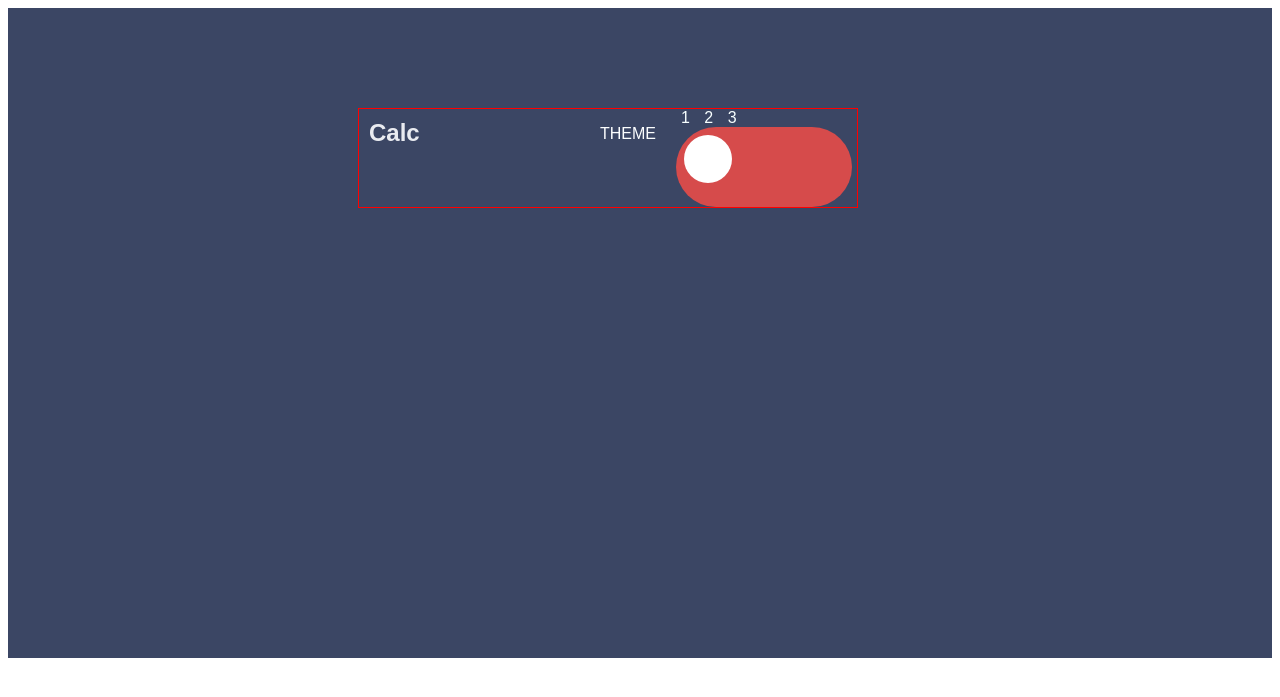
Repository: Bakyproit/Calcutor
Page: SimpleCalculatorApp.html
The author's editor kept a copy of each file at every save. The page is drawn from the files as they stood at one save, then again after the next save.
The browser window is 1280 px wide. The pictures show the whole page.

Above is the page before, as saved 2022-02-09 15:41:50.

### SimpleCalculatorApp.html
<!DOCTYPE html>
<html lang="en">
<head>
    <meta charset="UTF-8">
    <meta http-equiv="X-UA-Compatible" content="IE=edge">
    <meta name="viewport" content="width=device-width, initial-scale=1.0">
    <title>SimpleCalculatorApp</title>
    <link rel="stylesheet" href="asset/App.css">
    <link rel="stylesheet" href="asset/grid.css">
</head>
<body>
    <div class="container">
        <div class="app">
            <div class="app__title">
                <h1 class="app__title-name">Calc</h1>
                <div class="app__title-theme">
                    <p class="app__title-theme-name">THEME</p>
                    <div class="app__title-theme-box">
                        <div class="app__title-theme-box-number">
                            <span class="app__title-theme-box-number-1">1</span>
                            <span class="app__title-theme-box-number-2">2</span>
                            <span class="app__title-theme-box-number-3">3</span>
                        </div>
                        <div class="app__title-theme-box-toggle">
                            <label for="toggle-input" class="toggle">
                                <input type="checkbox" id="toggle-input" class="toggle__checkbox">
                                <div class="toggle__bar">
                                    <div class="toggle__spin"></div>
                                </div>
                            </label>
                        </div>
                    </div>
                </div>
            </div>
        </div>
    </div>
</body>
</html>

### asset/App.css
html{
    font-family:Arial, Helvetica, sans-serif ;
    box-sizing: border-box;
    padding: 0 ;
    margin: 0;
}
h1{
    margin: 0;
}

.container{
    height: 650px;
    width: 100%;
    background-color: #3b4664;
    position: relative;
}
.app{
    width: 500px;
    position:absolute ;
    top:100px ;
    left:350px;

}
.app__title{
    border:1px solid red ;
    display: flex;
    justify-content:space-between;

}
.app__title-name{
    color : #e9ebf0 ;
    font-size: 24px;
    padding: 10px;
}
.app__title-theme{
    display: flex;
}
.app__title-theme-name{
    color :20px ;
    color:#fcfeff ;
    margin-right: 20px;
}
.app__title-theme-box{
    display: flex;
    flex-direction: column;
    padding-right: 5px;
}
.app__title-theme-box-number{
    color : #f8ffff ;
}
.app__title-theme-box-number-1{
    padding: 0 5px;
}
.app__title-theme-box-number-2{
    padding: 0 5px;

}
.app__title-theme-box-number-3{
    padding: 0 5px;

}
.app__title-theme-box-toggle{

}
.toggle__checkbox{
    display: none;
}
.toggle__bar{
    width: 10rem;
    height: 4rem;
    background-color: rgb(214, 75, 75);
    border-radius: 5rem;
    /* transition: background-color 4s linear; */
    padding: 8px;
}
.toggle__spin{
    width: 3rem;
    height: 3rem;
    background-color: white ;
    border-radius: 3rem;
    transition: transform .3s linear;
}
.toggle__checkbox:checked ~ .toggle__bar{
    background-color: orange;
}
.toggle__checkbox:checked + .toggle__bar .toggle__spin {
    transform: translateX(6rem);
}

### asset/grid.css
.grid {
    width: 100%;
    display: block;
    padding: 0;

}

.grid.wide {
    max-width: 1200px;
    margin: 0 auto;
}

.row {
    display: flex;
    flex-wrap: wrap;
    margin-left: -4px;
    margin-right: -4px;
}

.row.no-gutters {
    margin-left: 0;
    margin-right: 0;
}

.col {
    padding-left: 4px;
    padding-right: 4px;
}

.row.no-gutters .col {
    padding-left: 0;
    padding-right: 0;
}

.c-0 {
    display: none;
}

.c-1 {
    flex: 0 0 8.33333%;
    max-width: 8.33333%;
}

.c-2 {
    flex: 0 0 16.66667%;
    max-width: 16.66667%;
}

.c-3 {
    flex: 0 0 25%;
    max-width: 25%;
}

.c-4 {
    flex: 0 0 33.33333%;
    max-width: 33.33333%;
}

.c-5 {
    flex: 0 0 41.66667%;
    max-width: 41.66667%;
}

.c-6 {
    flex: 0 0 50%;
    max-width: 50%;
}

.c-7 {
    flex: 0 0 58.33333%;
    max-width: 58.33333%;
}

.c-8 {
    flex: 0 0 66.66667%;
    max-width: 66.66667%;
}

.c-9 {
    flex: 0 0 75%;
    max-width: 75%;
}

.c-10 {
    flex: 0 0 83.33333%;
    max-width: 83.33333%;
}

.c-11 {
    flex: 0 0 91.66667%;
    max-width: 91.66667%;
}

.c-12 {
    flex: 0 0 100%;
    max-width: 100%;
}

.c-o-1 {
    margin-left: 8.33333%;
}

.c-o-2 {
    margin-left: 16.66667%;
}

.c-o-3 {
    margin-left: 25%;
}

.c-o-4 {
    margin-left: 33.33333%;
}

.c-o-5 {
    margin-left: 41.66667%;
}

.c-o-6 {
    margin-left: 50%;
}

.c-o-7 {
    margin-left: 58.33333%;
}

.c-o-8 {
    margin-left: 66.66667%;
}

.c-o-9 {
    margin-left: 75%;
}

.c-o-10 {
    margin-left: 83.33333%;
}

.c-o-11 {
    margin-left: 91.66667%;
}

/* >= Tablet */
@media (min-width: 740px) {
    .row {
        margin-left: -8px;
        margin-right: -8px;
    }

    .col {
        padding-left: 8px;
        padding-right: 8px;
    }

    .m-0 {
        display: none;
    }

    .m-1,
    .m-2,
    .m-3,
    .m-4,
    .m-5,
    .m-6,
    .m-7,
    .m-8,
    .m-9,
    .m-10,
    .m-11,
    .m-12 {
        display: block;
    }

    .m-1 {
        flex: 0 0 8.33333%;
        max-width: 8.33333%;
    }

    .m-2 {
        flex: 0 0 16.66667%;
        max-width: 16.66667%;
    }

    .m-3 {
        flex: 0 0 25%;
        max-width: 25%;
    }

    .m-4 {
        flex: 0 0 33.33333%;
        max-width: 33.33333%;
    }

    .m-5 {
        flex: 0 0 41.66667%;
        max-width: 41.66667%;
    }

    .m-6 {
        flex: 0 0 50%;
        max-width: 50%;
    }

    .m-7 {
        flex: 0 0 58.33333%;
        max-width: 58.33333%;
    }

    .m-8 {
        flex: 0 0 66.66667%;
        max-width: 66.66667%;
    }

    .m-9 {
        flex: 0 0 75%;
        max-width: 75%;
    }

    .m-10 {
        flex: 0 0 83.33333%;
        max-width: 83.33333%;
    }

    .m-11 {
        flex: 0 0 91.66667%;
        max-width: 91.66667%;
    }

    .m-12 {
        flex: 0 0 100%;
        max-width: 100%;
    }

    .m-o-1 {
        margin-left: 8.33333%;
    }

    .m-o-2 {
        margin-left: 16.66667%;
    }

    .m-o-3 {
        margin-left: 25%;
    }

    .m-o-4 {
        margin-left: 33.33333%;
    }

    .m-o-5 {
        margin-left: 41.66667%;
    }

    .m-o-6 {
        margin-left: 50%;
    }

    .m-o-7 {
        margin-left: 58.33333%;
    }

    .m-o-8 {
        margin-left: 66.66667%;
    }

    .m-o-9 {
        margin-left: 75%;
    }

    .m-o-10 {
        margin-left: 83.33333%;
    }

    .m-o-11 {
        margin-left: 91.66667%;
    }
}

/* PC medium resolution > */
@media (min-width: 1113px) {
    .row {
        margin-left: -6px;
        margin-right: -6px;
    }

    .row.sm-gutter {
        margin-left: -5px;
        margin-right: -5px;
    }

    .col {
        padding-left: 6px;
        padding-right: 6px;
    }

    .row.sm-gutter .col {
        padding-left: 5px;
        padding-right: 5px;
    }

    .l-0 {
        display: none;
    }

    .l-1,
    .l-2,
    .l-2-4,
    .l-3,
    .l-4,
    .l-5,
    .l-6,
    .l-7,
    .l-8,
    .l-9,
    .l-10,
    .l-11,
    .l-12 {
        display: block;
    }

    .l-1 {
        flex: 0 0 8.33333%;
        max-width: 8.33333%;
    }

    .l-2 {
        flex: 0 0 16.66667%;
        max-width: 16.66667%;
    }

    .l-2-4 {
        flex: 0 0 20%;
        max-width: 20%;
    }

    .l-3 {
        flex: 0 0 25%;
        max-width: 25%;
    }

    .l-4 {
        flex: 0 0 33.33333%;
        max-width: 33.33333%;
    }

    .l-5 {
        flex: 0 0 41.66667%;
        max-width: 41.66667%;
    }

    .l-6 {
        flex: 0 0 50%;
        max-width: 50%;
    }

    .l-7 {
        flex: 0 0 58.33333%;
        max-width: 58.33333%;
    }

    .l-8 {
        flex: 0 0 66.66667%;
        max-width: 66.66667%;
    }

    .l-9 {
        flex: 0 0 75%;
        max-width: 75%;
    }

    .l-10 {
        flex: 0 0 83.33333%;
        max-width: 83.33333%;
    }

    .l-11 {
        flex: 0 0 91.66667%;
        max-width: 91.66667%;
    }

    .l-12 {
        flex: 0 0 100%;
        max-width: 100%;
    }

    .l-o-1 {
        margin-left: 8.33333%;
    }

    .l-o-2 {
        margin-left: 16.66667%;
    }

    .l-o-3 {
        margin-left: 25%;
    }

    .l-o-4 {
        margin-left: 33.33333%;
    }

    .l-o-5 {
        margin-left: 41.66667%;
    }

    .l-o-6 {
        margin-left: 50%;
    }

    .l-o-7 {
        margin-left: 58.33333%;
    }

    .l-o-8 {
        margin-left: 66.66667%;
    }

    .l-o-9 {
        margin-left: 75%;
    }

    .l-o-10 {
        margin-left: 83.33333%;
    }

    .l-o-11 {
        margin-left: 91.66667%;
    }
}

/* Tablet - PC low resolution */
@media (min-width: 740px) and (max-width: 1023px) {
    .wide {
        width: 644px;
    }
}

/* > PC low resolution */
@media (min-width: 1024px) and (max-width: 1239px) {
    .wide {
        width: 984px;
    }

    .wide .row {
        margin-left: -12px;
        margin-right: -12px;
    }

    .wide .row.sm-gutter {
        margin-left: -5px;
        margin-right: -5px;
    }

    .wide .col {
        padding-left: 12px;
        padding-right: 12px;
    }

    .wide .row.sm-gutter .col {
        padding-left: 5px;
        padding-right: 5px;
    }

    .wide .l-0 {
        display: none;
    }

    .wide .l-1,
    .wide .l-2,
    .wide .l-2-4,
    .wide .l-3,
    .wide .l-4,
    .wide .l-5,
    .wide .l-6,
    .wide .l-7,
    .wide .l-8,
    .wide .l-9,
    .wide .l-10,
    .wide .l-11,
    .wide .l-12 {
        display: block;
    }

    .wide .l-1 {
        flex: 0 0 8.33333%;
        max-width: 8.33333%;
    }

    .wide .l-2 {
        flex: 0 0 16.66667%;
        max-width: 16.66667%;
    }

    .wide .l-2-4 {
        flex: 0 0 20%;
        max-width: 20%;
    }

    .wide .l-3 {
        flex: 0 0 25%;
        max-width: 25%;
    }

    .wide .l-4 {
        flex: 0 0 33.33333%;
        max-width: 33.33333%;
    }

    .wide .l-5 {
        flex: 0 0 41.66667%;
        max-width: 41.66667%;
    }

    .wide .l-6 {
        flex: 0 0 50%;
        max-width: 50%;
    }

    .wide .l-7 {
        flex: 0 0 58.33333%;
        max-width: 58.33333%;
    }

    .wide .l-8 {
        flex: 0 0 66.66667%;
        max-width: 66.66667%;
    }

    .wide .l-9 {
        flex: 0 0 75%;
        max-width: 75%;
    }

    .wide .l-10 {
        flex: 0 0 83.33333%;
        max-width: 83.33333%;
    }

    .wide .l-11 {
        flex: 0 0 91.66667%;
        max-width: 91.66667%;
    }

    .wide .l-12 {
        flex: 0 0 100%;
        max-width: 100%;
    }

    .wide .l-o-1 {
        margin-left: 8.33333%;
    }

    .wide .l-o-2 {
        margin-left: 16.66667%;
    }

    .wide .l-o-3 {
        margin-left: 25%;
    }

    .wide .l-o-4 {
        margin-left: 33.33333%;
    }

    .wide .l-o-5 {
        margin-left: 41.66667%;
    }

    .wide .l-o-6 {
        margin-left: 50%;
    }

    .wide .l-o-7 {
        margin-left: 58.33333%;
    }

    .wide .l-o-8 {
        margin-left: 66.66667%;
    }

    .wide .l-o-9 {
        margin-left: 75%;
    }

    .wide .l-o-10 {
        margin-left: 83.33333%;
    }

    .wide .l-o-11 {
        margin-left: 91.66667%;
    }
}

After the next save:
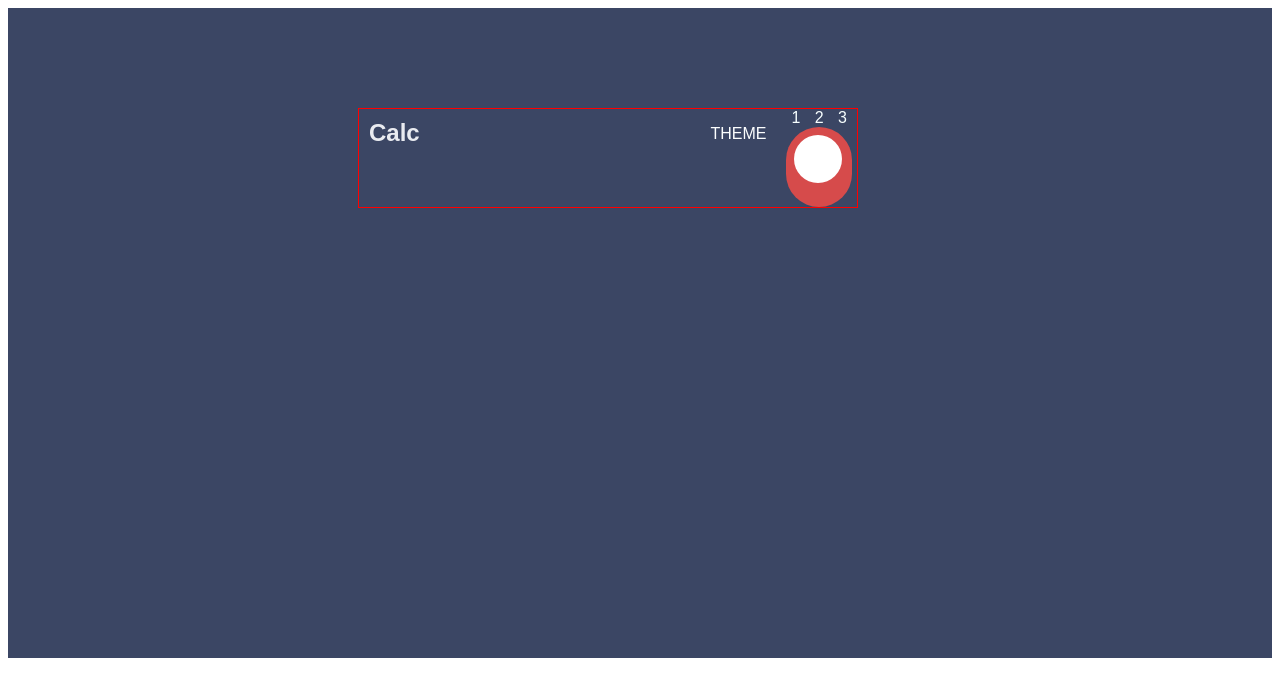
Saved 21 s later.
--- a/asset/App.css
+++ b/asset/App.css
@@ -66,7 +66,7 @@ h1{
     display: none;
 }
 .toggle__bar{
-    width: 10rem;
+    width: ;
     height: 4rem;
     background-color: rgb(214, 75, 75);
     border-radius: 5rem;
